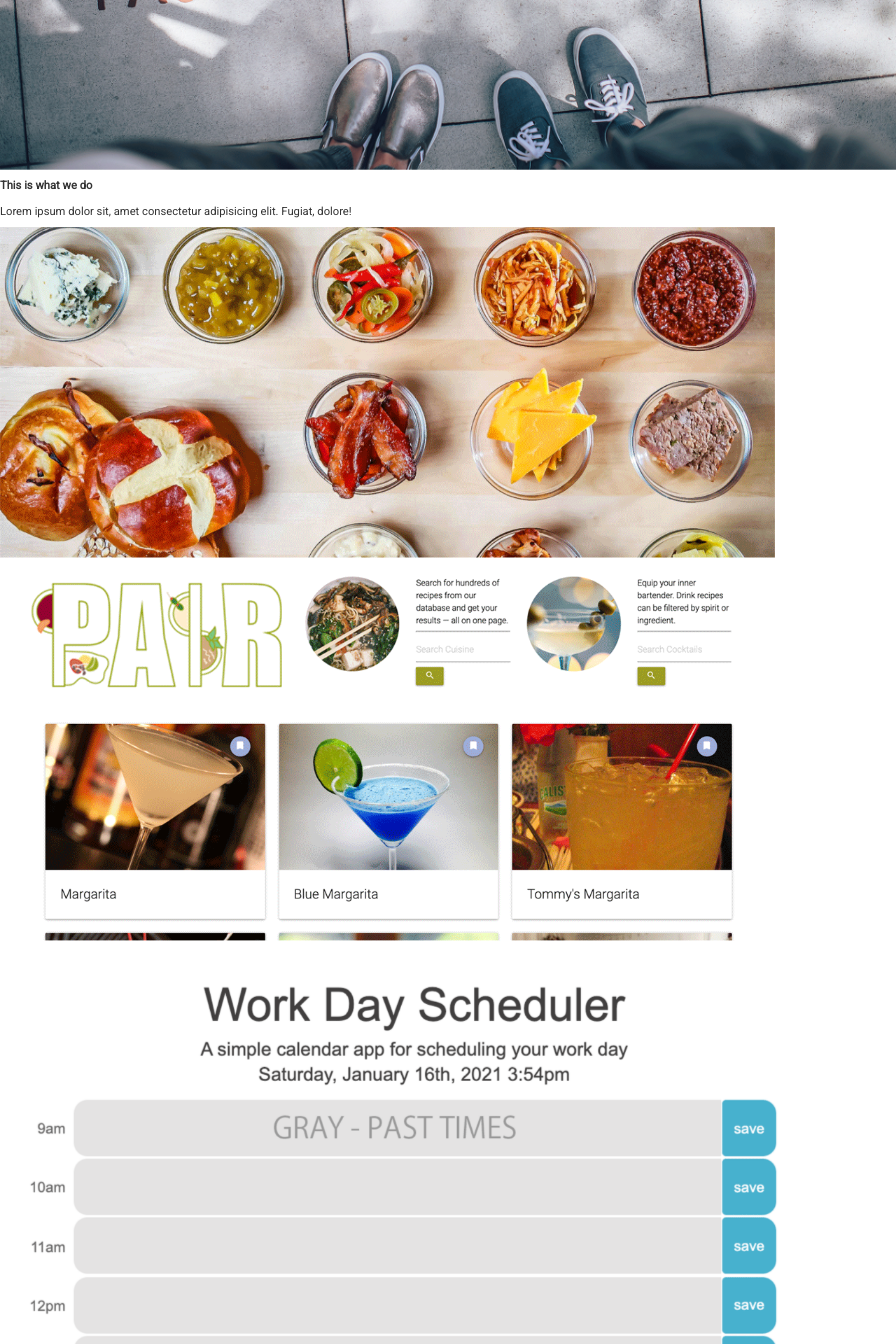
Repository: brandyquinlan/brandyquinlan
Page: index.html
These files come from the project's save history. The page is drawn as it stood at one moment and after the next save; the edit follows.
The browser window is 1280 px wide. The pictures show the part of the page from y = 479 to 2399 px (the page is 2961 px tall before and 3530 px after), at 70% of full size.
Some web libraries are served in a nearby version.

Above is the page before, as saved 2021-02-05 11:33:25.

After the next save:
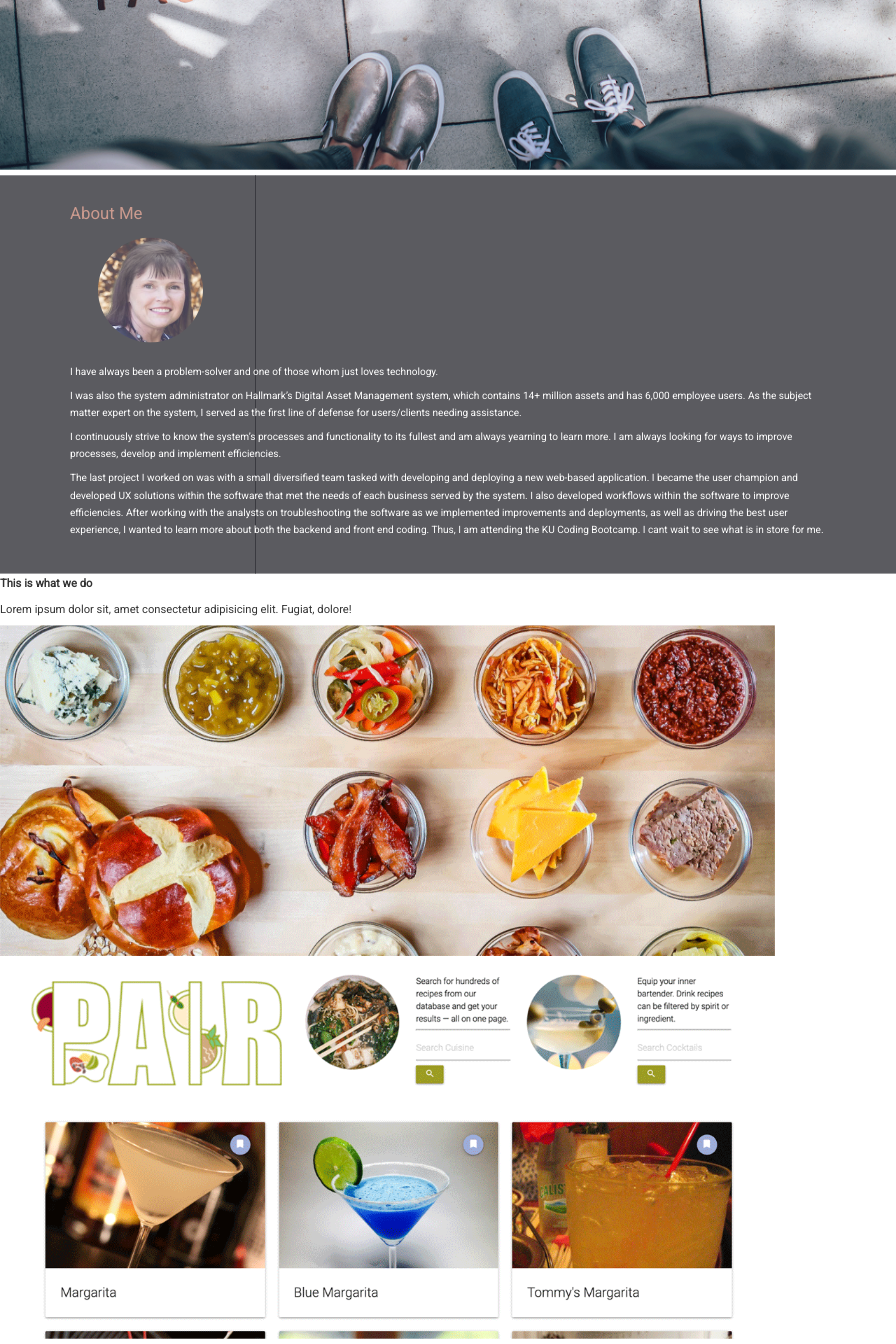
Saved 46 s later.
--- a/index.html
+++ b/index.html
@@ -36,7 +36,7 @@
     </header>
 
     <!-- About -->
-    <!-- <section id="aboutMe">
+    <section id="aboutMe">
         <h1>About Me</h1>
         <div id="aboutRow1">
 
@@ -55,7 +55,7 @@
             The last project I worked on was with a small diversified team tasked with developing and deploying a new web-based application. I became the user champion and developed UX solutions within the software that met the needs of each business served by the
             system. I also developed workflows within the software to improve efficiencies. After working with the analysts on troubleshooting the software as we implemented improvements and deployments, as well as driving the best user experience, I
             wanted to learn more about both the backend and front end coding. Thus, I am attending the KU Coding Bootcamp. I cant wait to see what is in store for me.
-        </p> -->
+        </p>
 
     </section>
     <!-- Portfolio Gallery -->
